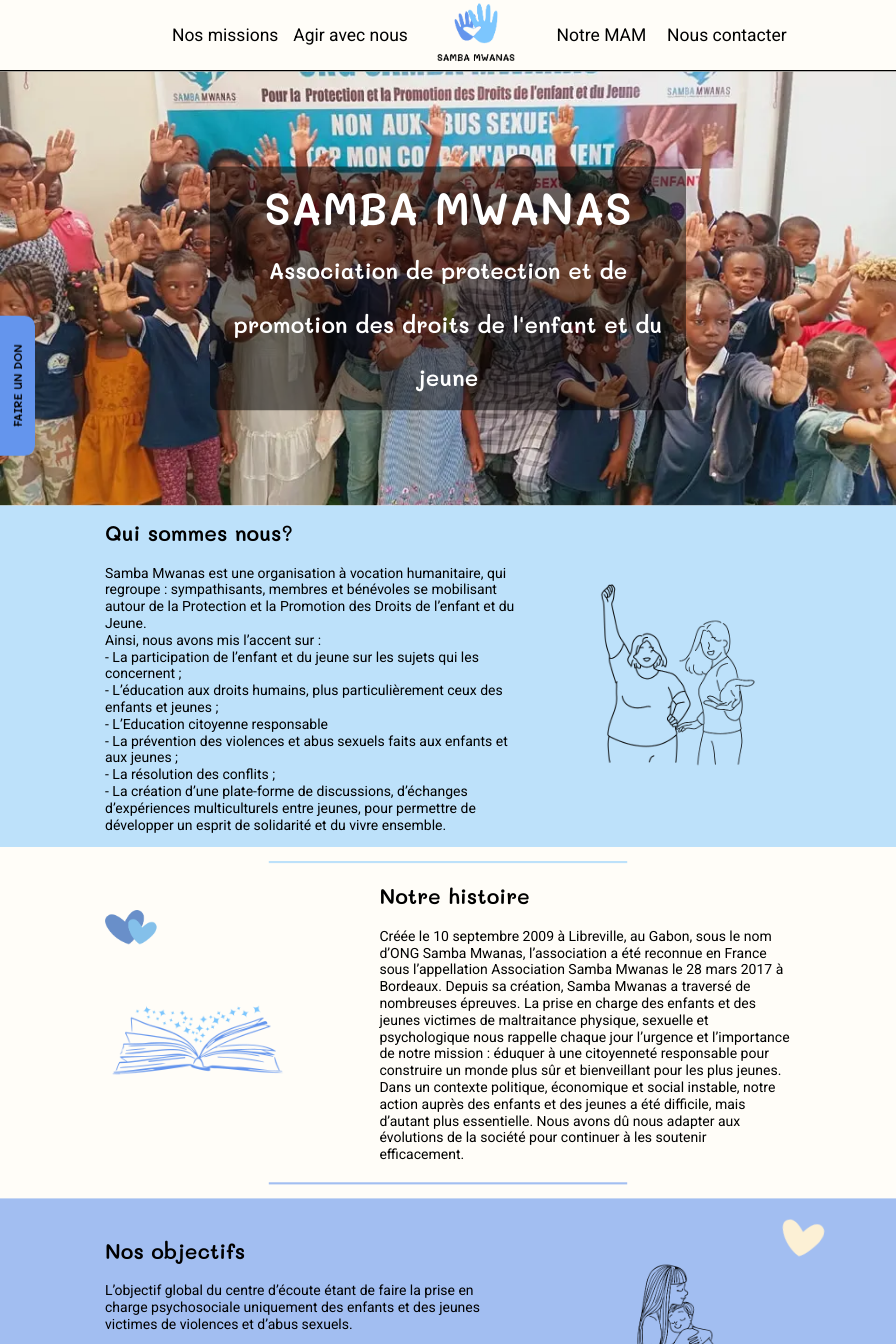
Repository: Danie-lDasilva/Samba-Mwanas
Page: index.html
These files come from the project's save history. The page is drawn as it stood at one moment and after the next save; the edit follows.
The browser window is 1280 px wide. The pictures show the part of the page from y = 0 to 1920 px (the page is 3440 px tall before and 3292 px after), at 70% of full size.

Above is the page before, as saved 2025-03-06 19:44:34.

After the next save:
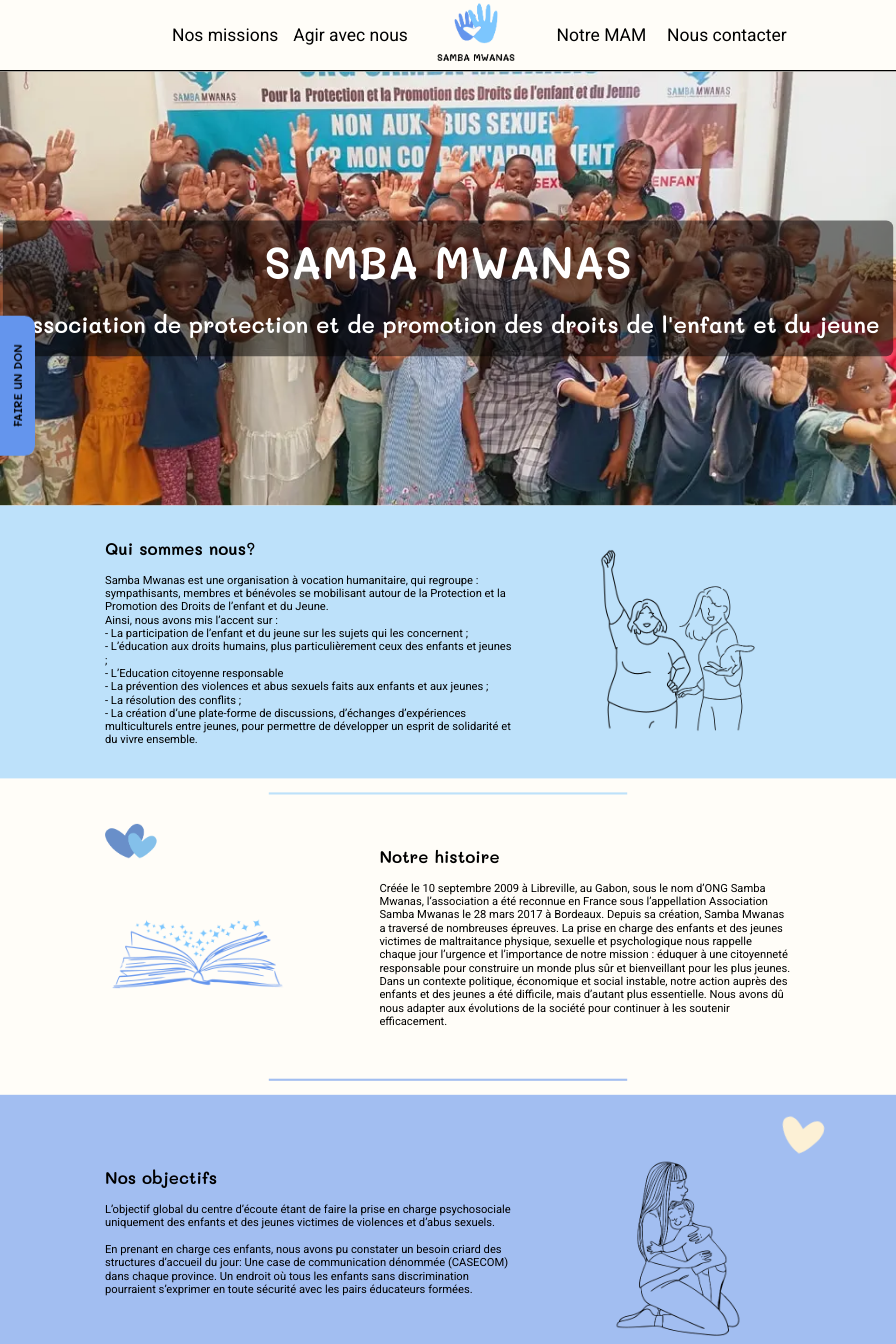
Saved 2 min 55 s later.
--- a/assets/css/style.css
+++ b/assets/css/style.css
@@ -149,7 +149,6 @@
     font-style: normal;
     font-size: 4em;
     line-height: 1.2;
-    width: 50%;
     background-color: rgba(0, 0, 0, 0.5);
 }
 
@@ -190,12 +189,6 @@
 .Texte {
     width: 60%;
     font-family: "Roboto", sans-serif;
-    font-optical-sizing: auto;
-    font-weight: 400;
-    font-size: 20px;
-    font-style: normal;
-    font-variation-settings:
-    "wdth" 75;
 }
 
 .Illu {
@@ -226,7 +219,7 @@
     align-items: center;
 }
 
-.ArtCoeur1{
+.ArtCoeur1 {
     width: 60px;
     rotate: 10deg;
     height: auto;
@@ -234,7 +227,7 @@
     left: 95%;
 }
 
-.ArtCoeur1 img{
+.ArtCoeur1 img {
     width: 100%;
     height: auto;
 }
@@ -251,7 +244,7 @@
     align-items: center;
 }
 
-.Illu{
+.Illu {
     display: flex;
     flex-direction: column;
 }
@@ -260,7 +253,7 @@
     width: 20%;
 }
 
-.ArtCoeur2 img{
+.ArtCoeur2 img {
     width: 74px;
     height: auto;
 }
@@ -354,7 +347,7 @@
     font-size: 40px;
 }
 
-.NotreEquipe img{
+.NotreEquipe img {
     height: 40%;
     padding-bottom: 2%;
     padding-left: 1%;
@@ -378,8 +371,6 @@
     margin-bottom: 15px;
 }
 
-
-
 .Photo img {
     width: 100%;
     height: auto;
@@ -396,7 +387,7 @@
     transform: scale(1.15);
     right: 9px;
     bottom: 30px;
- }
+}
 
 .Dorisse {
     position: relative;
@@ -417,7 +408,7 @@
     margin-bottom: 70px;
 }
 
-.Personne strong{
+.Personne strong {
     font-family: "Mali", cursive;
     font-weight: 600;
     font-style: normal;
@@ -430,8 +421,7 @@
     font-optical-sizing: auto;
     font-weight: 400;
     font-style: normal;
-    font-variation-settings:
-    "wdth" 75;
+    font-variation-settings: "wdth" 75;
     margin-top: 10px;
     margin-bottom: 10px;
 }
@@ -447,8 +437,7 @@
     font-optical-sizing: auto;
     font-weight: 400;
     font-style: normal;
-    font-variation-settings:
-    "wdth" 75;
+    font-variation-settings: "wdth" 75;
     font-size: 15px;
 }
 
@@ -473,7 +462,7 @@
     height: auto;
 }
 
-.Lien li{
+.Lien li {
     list-style: none;
     margin-bottom: 10px;
 }
@@ -493,9 +482,8 @@
     font-weight: 400;
     font-style: normal;
     font-size: 15px;
-    font-variation-settings:
-      "wdth" 75;
-      color: black;
+    font-variation-settings: "wdth" 75;
+    color: black;
 }
 
 .titre {
@@ -517,7 +505,7 @@
     font-family: "Mali", cursive;
     font-weight: 600;
     font-style: normal;
-   justify-content: center;
+    justify-content: center;
     display: flex;
     align-items: center;
     height: 100%;
@@ -553,7 +541,7 @@
     margin-left: 10px;
 }
 
-.FooterRéseaux{
+.FooterRéseaux {
     margin-bottom: 60px;
 }
 
@@ -562,7 +550,7 @@
     height: auto;
 }
 
-.FooterRéseaux ul{
+.FooterRéseaux ul {
     display: flex;
     width: 100%;
     padding-left: 0;
